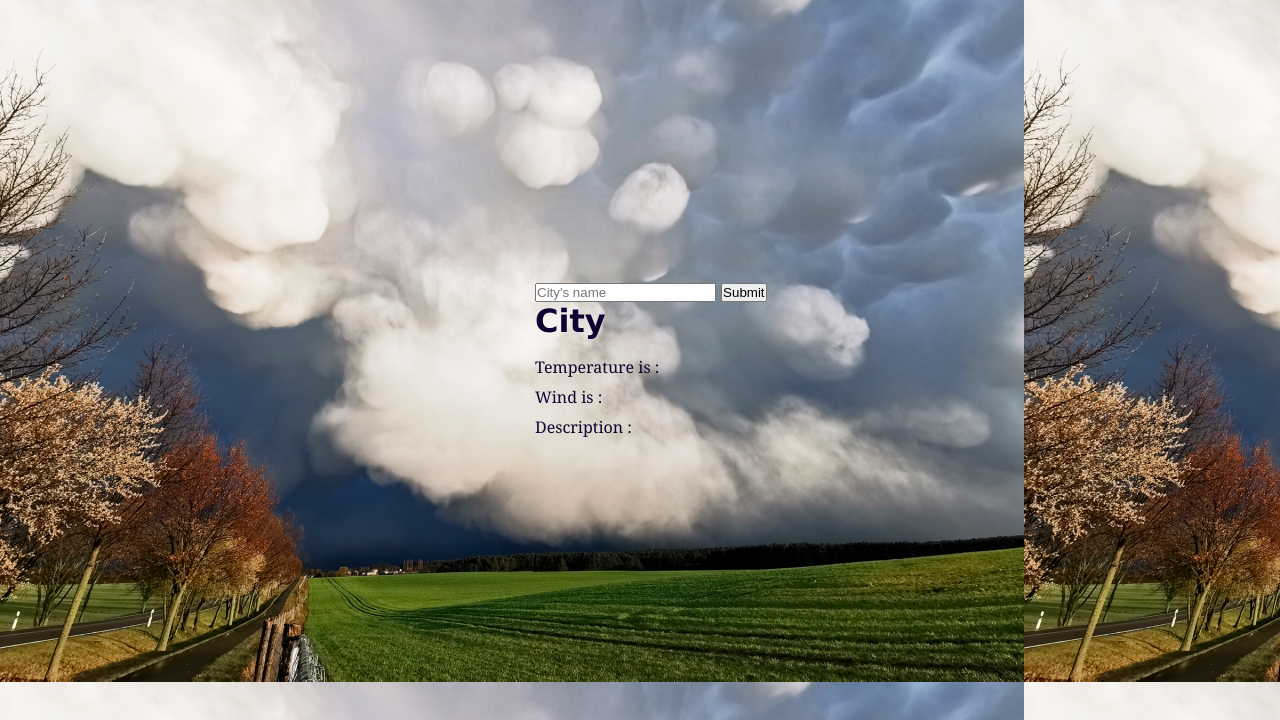
Repository: heartbreathing/searchWeather
Page: index.html
An editor plug-in stored every save of this project. The page is shown before and after the next save, followed by the edit.
The browser window is 1280 px wide. The pictures show the whole page.

Above is the page before, as saved 2022-11-06 22:49:56.

After the next save:
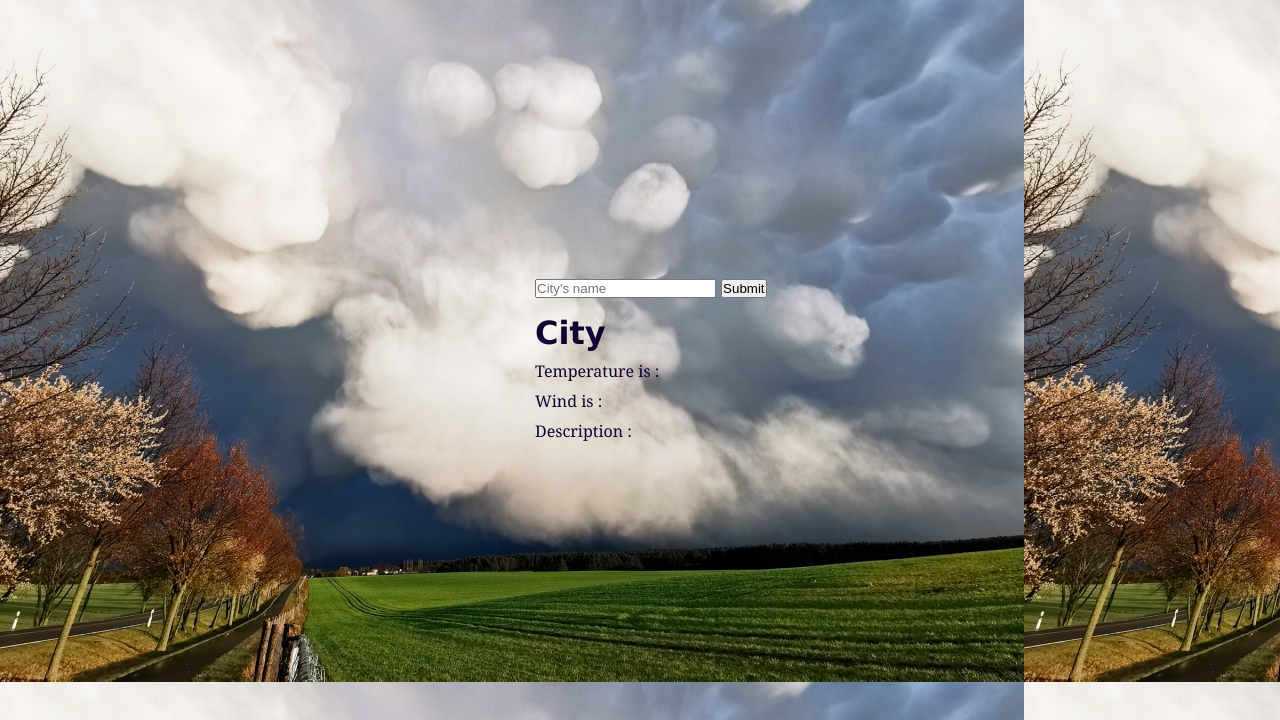
Saved 11 s later.
--- a/index.css
+++ b/index.css
@@ -18,7 +18,7 @@ body {
     row-gap: 1rem;
 }
 h1 {
-    margin-bottom: 1rem;
+    margin-top: 1rem;
 }
 .content_line {
     font-family:Cambria, Cochin, Georgia, Times, 'Times New Roman', serif ;
